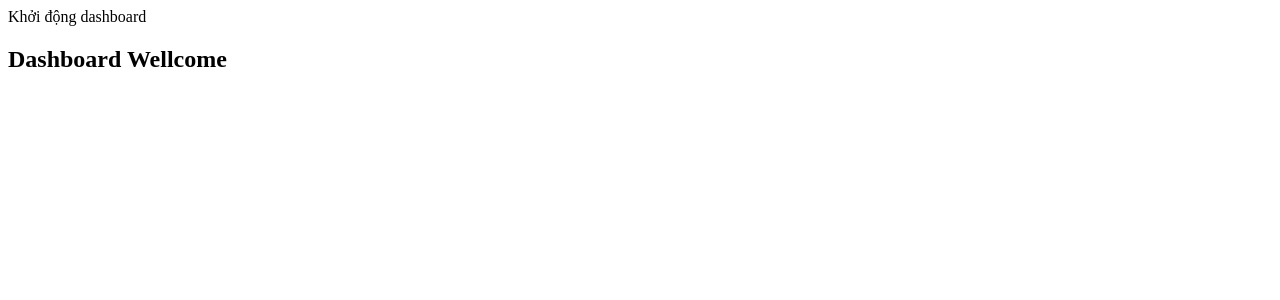
Repository: DongVersion2/laravel-test
Page: http://localhost/admin
These files come from the project's save history. The page is drawn as it stood at one moment and after the next save; the edit follows.
The browser window is 1280 px wide. The pictures show the whole page.
The page is served by the project's Laravel application, run on PHP 8.4 with Laravel 8.

Above is the page before, as saved 2024-05-03 11:22:31.

After the next save:
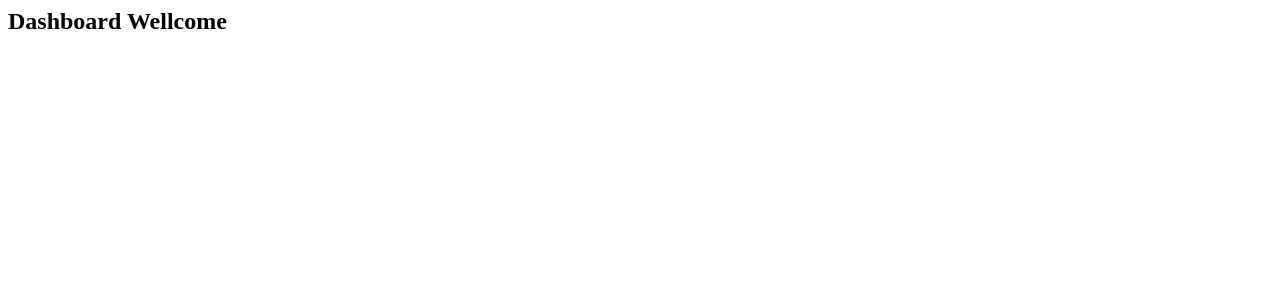
Saved 26 s later.
--- a/app/Http/Controllers/Admin/DashboardController.php
+++ b/app/Http/Controllers/Admin/DashboardController.php
@@ -11,7 +11,7 @@ class DashboardController extends Controller
     //nếu muốn tác động tới tất cả các action trong controller; luôn luôn tự động chạy đầu tiên
     public function __construct()
     {
-        echo 'Khởi động dashboard';
+        // echo 'Khởi động dashboard';
         //sử dụng session để check login
     }
     public function index()
